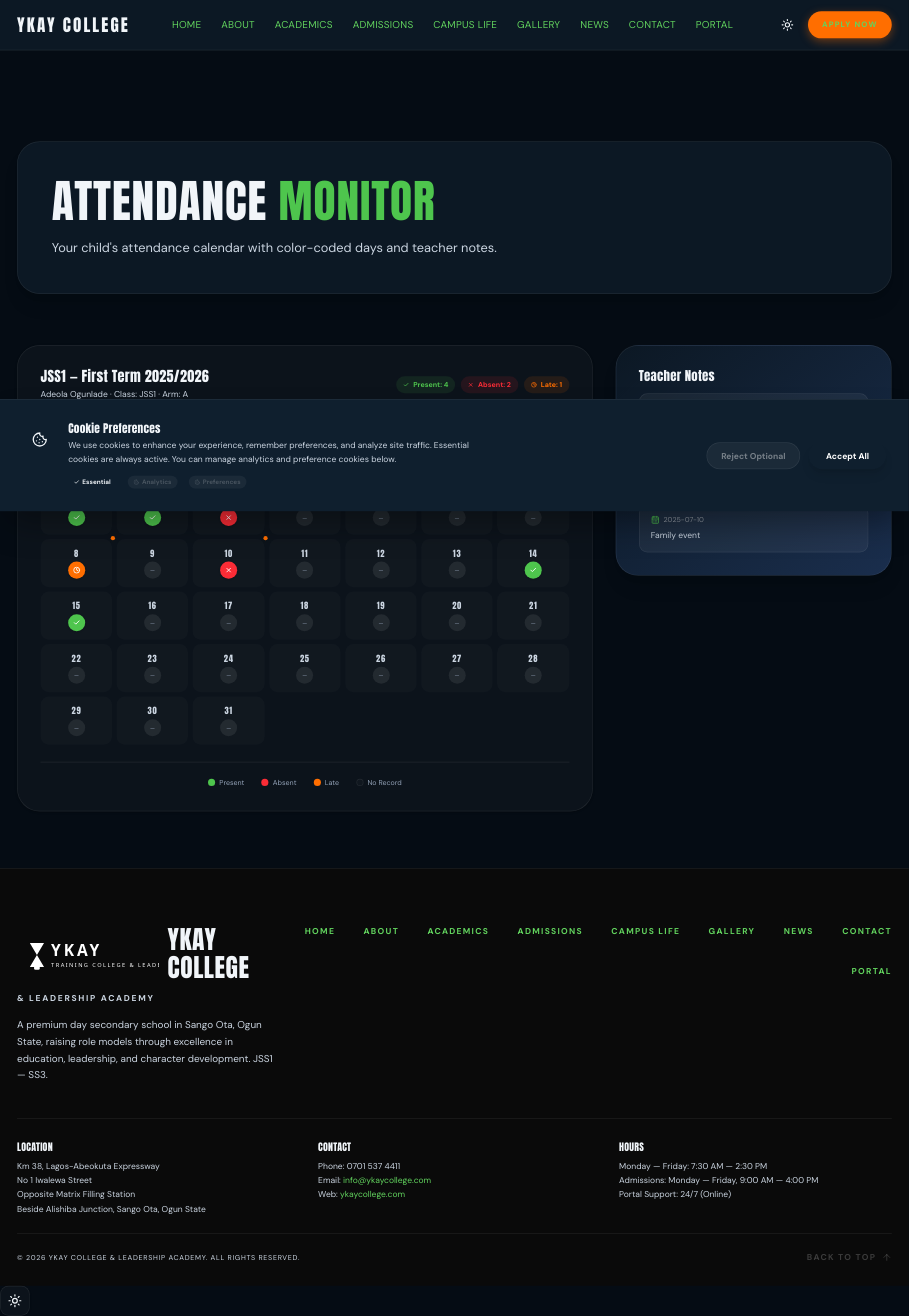
Repository: Teamthy/ykay_eduport-
Page: /parent/attendance
The author's editor kept a copy of each file at every save. The page is drawn from the files as they stood at one save, then again after the next save.
The browser window is 1280 px wide. The pictures show the whole page, at 71% of full size.
The project was rebuilt for these pictures with package versions that can differ from the ones it lists, and the page was loaded fresh each time. The framework's server and built-in components were replaced by stand-ins that run in the browser. Also part of the build but not shown: next.config.ts.

Above is the page before, as saved 2026-07-20 10:16:36.

After the next save:
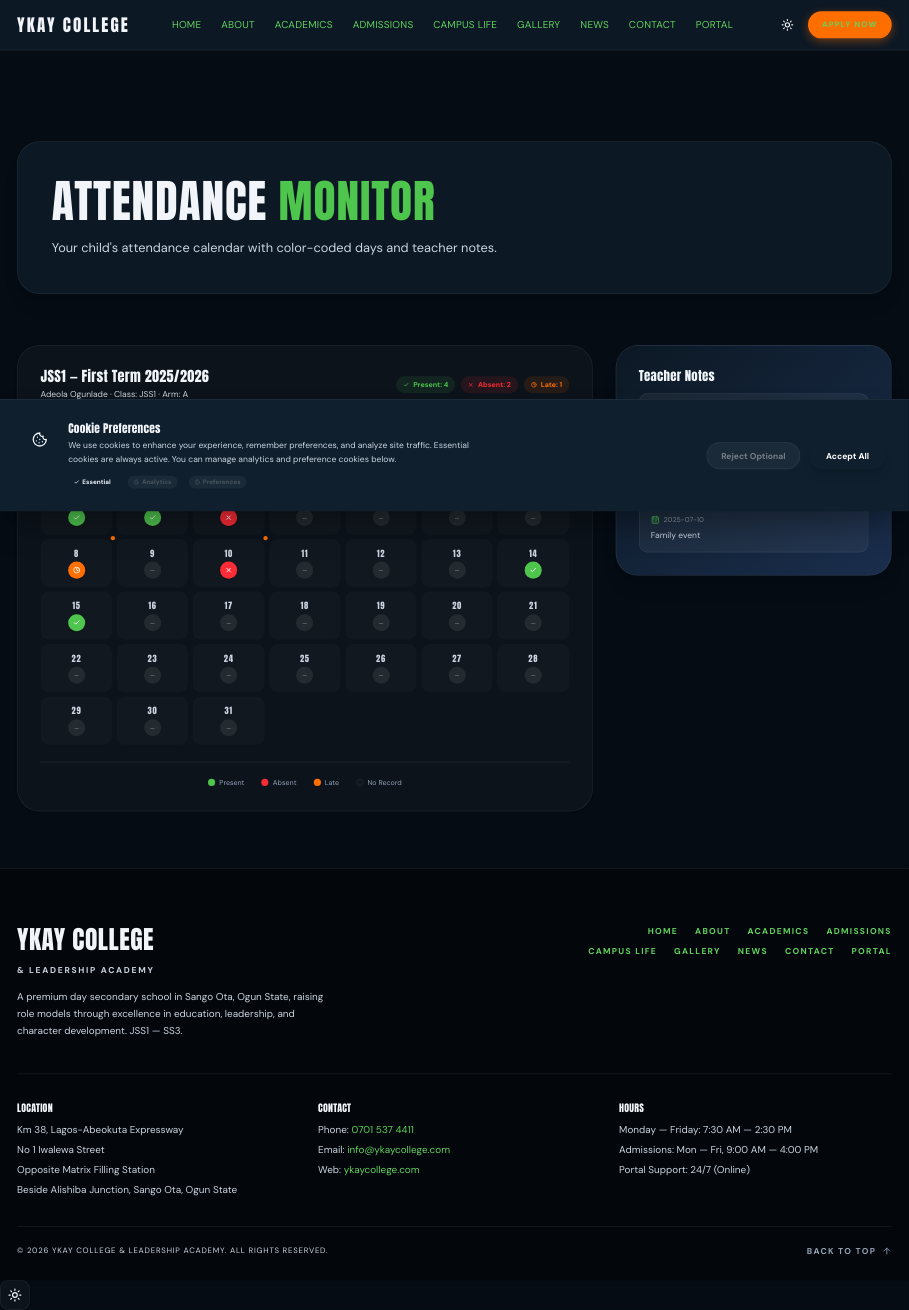
Saved 31 s later.
--- a/components/Footer.tsx
+++ b/components/Footer.tsx
@@ -19,27 +19,31 @@ export default function Footer() {
   const scrollToTop = () => window.scrollTo({ top: 0, behavior: "smooth" });
 
   return (
-    <footer className="w-full bg-[#0a0a0a] border-t border-white/5 pt-16 md:pt-20 pb-8">
+    <footer className="w-full bg-[var(--footer-bg)] border-t border-[var(--footer-border)] pt-16 md:pt-20 pb-8">
       <div className="mx-auto max-w-7xl px-6">
+        {/* Top row — Brand + nav */}
         <div className="flex flex-col md:flex-row md:items-start md:justify-between gap-10 mb-12">
-          <div>
+          <div className="max-w-md">
             <div className="flex items-center gap-3 mb-3">
-              <img src="/logo-ykay.svg" alt="Ykay College Logo" className="h-10 w-auto brightness-0 invert filter" />
-              <h2 className="font-display text-3xl md:text-4xl tracking-[4px] text-white mb-0">YKAY COLLEGE</h2>
+              {/* Logo placeholder — replace when you provide */}
+              <h2 className="font-display text-3xl md:text-4xl tracking-[4px] text-[var(--footer-text-heading)] mb-0">
+                YKAY COLLEGE
+              </h2>
             </div>
-            <p className="font-body text-xs font-bold tracking-[0.2em] uppercase text-white/30 mb-4">
+            <p className="font-body text-xs font-bold tracking-[0.2em] uppercase text-brand-green mb-4">
               &amp; LEADERSHIP ACADEMY
             </p>
-            <p className="font-body text-sm text-white/30 max-w-sm leading-relaxed">
+            <p className="font-body text-sm text-[var(--footer-text-body)] leading-relaxed">
               A premium day secondary school in Sango Ota, Ogun State, raising role models through excellence in education, leadership, and character development. JSS1 — SS3.
             </p>
           </div>
-          <nav className="flex flex-wrap gap-6 md:gap-10 md:justify-end">
+
+          <nav className="flex flex-wrap gap-x-6 gap-y-3 md:justify-end md:max-w-md">
             {footerLinks.map((link) => (
               <Link
                 key={link.href}
                 href={link.href}
-                className="font-body text-xs font-bold tracking-[0.15em] uppercase text-white/30 hover:text-white/70 transition-colors"
+                className="font-body text-xs font-bold tracking-[0.15em] uppercase text-[var(--footer-text-link)] hover:text-[var(--footer-text-hover)] transition-colors"
               >
                 {link.label}
               </Link>
@@ -47,36 +51,72 @@ export default function Footer() {
           </nav>
         </div>
 
-        <div className="grid md:grid-cols-3 gap-6 md:gap-10 text-white/20 text-xs border-t border-white/5 pt-8">
+        {/* Middle — 3 columns */}
+        <div className="grid md:grid-cols-3 gap-8 md:gap-10 border-t border-[var(--footer-border)] pt-10">
           <div>
-            <h4 className="font-display text-sm text-white/60 mb-2 tracking-[2px]">LOCATION</h4>
-            <p className="font-body leading-relaxed">Km 38, Lagos-Abeokuta Expressway</p>
-            <p className="font-body leading-relaxed">No 1 Iwalewa Street</p>
-            <p className="font-body leading-relaxed">Opposite Matrix Filling Station</p>
-            <p className="font-body leading-relaxed">Beside Alishiba Junction, Sango Ota, Ogun State</p>
+            <h4 className="font-display text-sm text-[var(--footer-text-heading)] mb-3 tracking-[2px]">
+              LOCATION
+            </h4>
+            <div className="space-y-1 text-sm text-[var(--footer-text-body)]">
+              <p className="font-body leading-relaxed">Km 38, Lagos-Abeokuta Expressway</p>
+              <p className="font-body leading-relaxed">No 1 Iwalewa Street</p>
+              <p className="font-body leading-relaxed">Opposite Matrix Filling Station</p>
+              <p className="font-body leading-relaxed">Beside Alishiba Junction, Sango Ota, Ogun State</p>
+            </div>
           </div>
+
           <div>
-            <h4 className="font-display text-sm text-white/60 mb-2 tracking-[2px]">CONTACT</h4>
-            <p className="font-body leading-relaxed">Phone: 0701 537 4411</p>
-            <p className="font-body leading-relaxed">Email: <a href="mailto:info@ykaycollege.com" className="hover:text-white/50 transition-colors">info@ykaycollege.com</a></p>
-            <p className="font-body leading-relaxed">Web: <a href="https://ykaycollege.com" target="_blank" rel="noopener noreferrer" className="hover:text-white/50 transition-colors">ykaycollege.com</a></p>
+            <h4 className="font-display text-sm text-[var(--footer-text-heading)] mb-3 tracking-[2px]">
+              CONTACT
+            </h4>
+            <div className="space-y-1 text-sm text-[var(--footer-text-body)]">
+              <p className="font-body leading-relaxed">
+                Phone:{" "}
+                <a href="tel:+2347015374411" className="hover:text-[var(--footer-text-hover)] transition-colors">
+                  0701 537 4411
+                </a>
+              </p>
+              <p className="font-body leading-relaxed">
+                Email:{" "}
+                <a href="mailto:info@ykaycollege.com" className="hover:text-[var(--footer-text-hover)] transition-colors">
+                  info@ykaycollege.com
+                </a>
+              </p>
+              <p className="font-body leading-relaxed">
+                Web:{" "}
+                <a
+                  href="https://ykaycollege.com"
+                  target="_blank"
+                  rel="noopener noreferrer"
+                  className="hover:text-[var(--footer-text-hover)] transition-colors"
+                >
+                  ykaycollege.com
+                </a>
+              </p>
+            </div>
           </div>
+
           <div>
-            <h4 className="font-display text-sm text-white/60 mb-2 tracking-[2px]">HOURS</h4>
-            <p className="font-body leading-relaxed">Monday — Friday: 7:30 AM — 2:30 PM</p>
-            <p className="font-body leading-relaxed">Admissions: Monday — Friday, 9:00 AM — 4:00 PM</p>
-            <p className="font-body leading-relaxed">Portal Support: 24/7 (Online)</p>
+            <h4 className="font-display text-sm text-[var(--footer-text-heading)] mb-3 tracking-[2px]">
+              HOURS
+            </h4>
+            <div className="space-y-1 text-sm text-[var(--footer-text-body)]">
+              <p className="font-body leading-relaxed">Monday — Friday: 7:30 AM — 2:30 PM</p>
+              <p className="font-body leading-relaxed">Admissions: Mon — Fri, 9:00 AM — 4:00 PM</p>
+              <p className="font-body leading-relaxed">Portal Support: 24/7 (Online)</p>
+            </div>
           </div>
         </div>
 
-        <div className="flex flex-col md:flex-row md:items-center md:justify-between gap-4 border-t border-white/5 pt-6 mt-6">
-          <p className="font-body text-[10px] text-white/15 tracking-[0.1em]">
+        {/* Bottom bar */}
+        <div className="flex flex-col md:flex-row md:items-center md:justify-between gap-4 border-t border-[var(--footer-border)] pt-6 mt-10">
+          <p className="font-body text-[11px] text-[var(--footer-text-body)] tracking-[0.1em]">
             © {new Date().getFullYear()} YKAY COLLEGE &amp; LEADERSHIP ACADEMY. ALL RIGHTS RESERVED.
           </p>
           <button
             onClick={scrollToTop}
             aria-label="Back to top"
-            className="inline-flex items-center gap-2 font-body text-xs font-bold tracking-[0.15em] uppercase text-white/20 hover:text-white/60 transition-colors"
+            className="inline-flex items-center gap-2 font-body text-xs font-bold tracking-[0.15em] uppercase text-[var(--footer-text-link)] hover:text-[var(--footer-text-hover)] transition-colors"
           >
             Back to Top <ArrowUp size={14} />
           </button>
